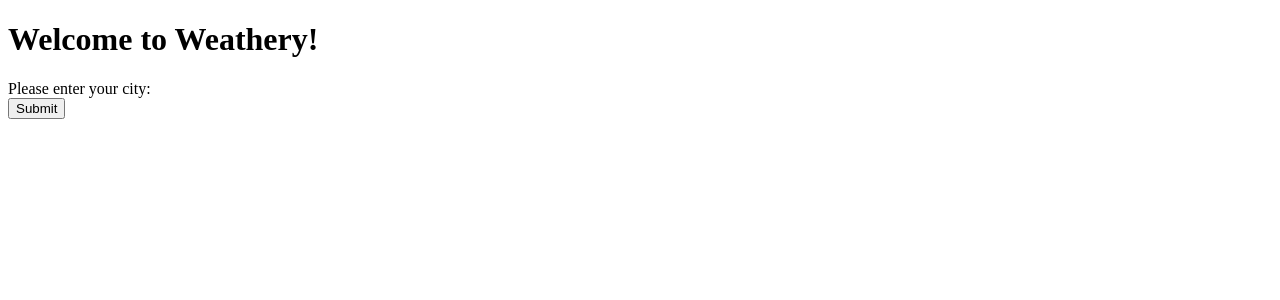
Repository: Chaunce-y/Weathery
Page: index.html
These files come from the project's save history. The page is drawn as it stood at one moment and after the next save; the edit follows.
The browser window is 1280 px wide. The pictures show the whole page.

Above is the page before, as saved 2020-08-20 17:31:20.

After the next save:
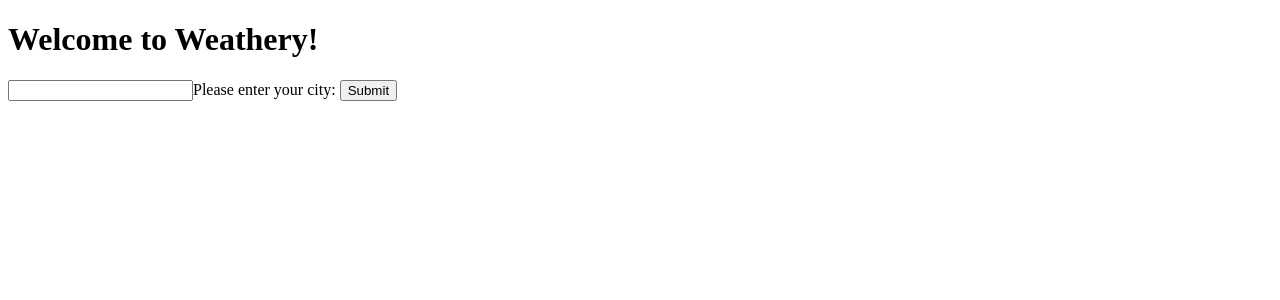
Saved 7 min 16 s later.
--- a/index.html
+++ b/index.html
@@ -10,7 +10,7 @@
 <body>
     <h1>Welcome to Weathery!</h1>
     <form>
-        <search id="city">Please enter your city: </search>
+        <input type=search id="city">Please enter your city: </input>
         <button type="submit">Submit</button>
     </form>
     <div id="results"></div>
